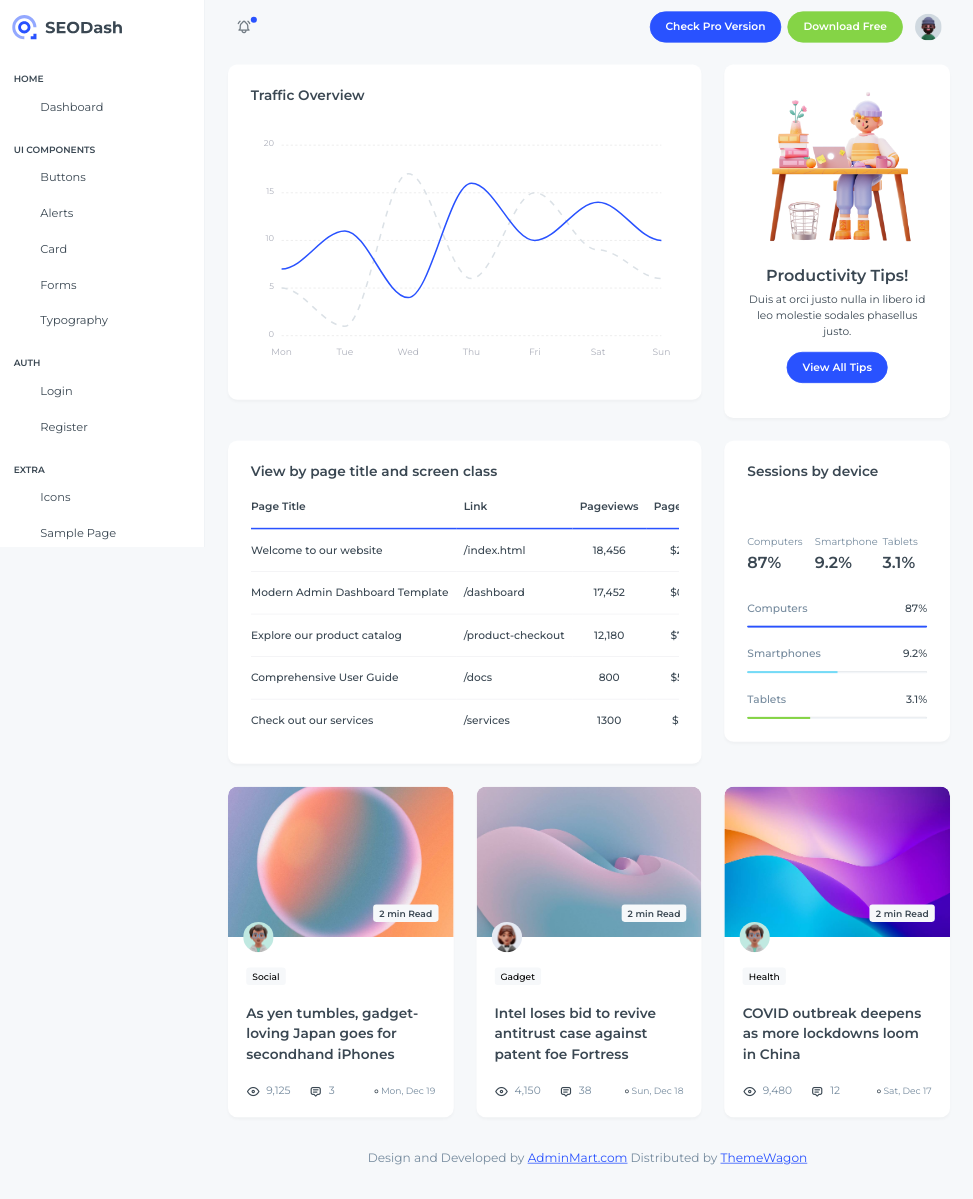
Repository: ThangkhuatIT/Nongsan
Page: resources/views/dashboard/dashboard.blade.php
The author's editor kept a copy of each file at every save. The page is drawn from the files as they stood at one save, then again after the next save.
The browser window is 1280 px wide. The pictures show the whole page, at 76% of full size.
Some icons come from a web library that is not loaded, so they are not drawn. The page is served by the project's Laravel application, run on PHP 8.4 with Laravel 9. The template is opened directly, without the code that normally fills it, so the values that code supplies are empty.

Above is the page before, as saved 2024-08-26 19:44:15.

After the next save:
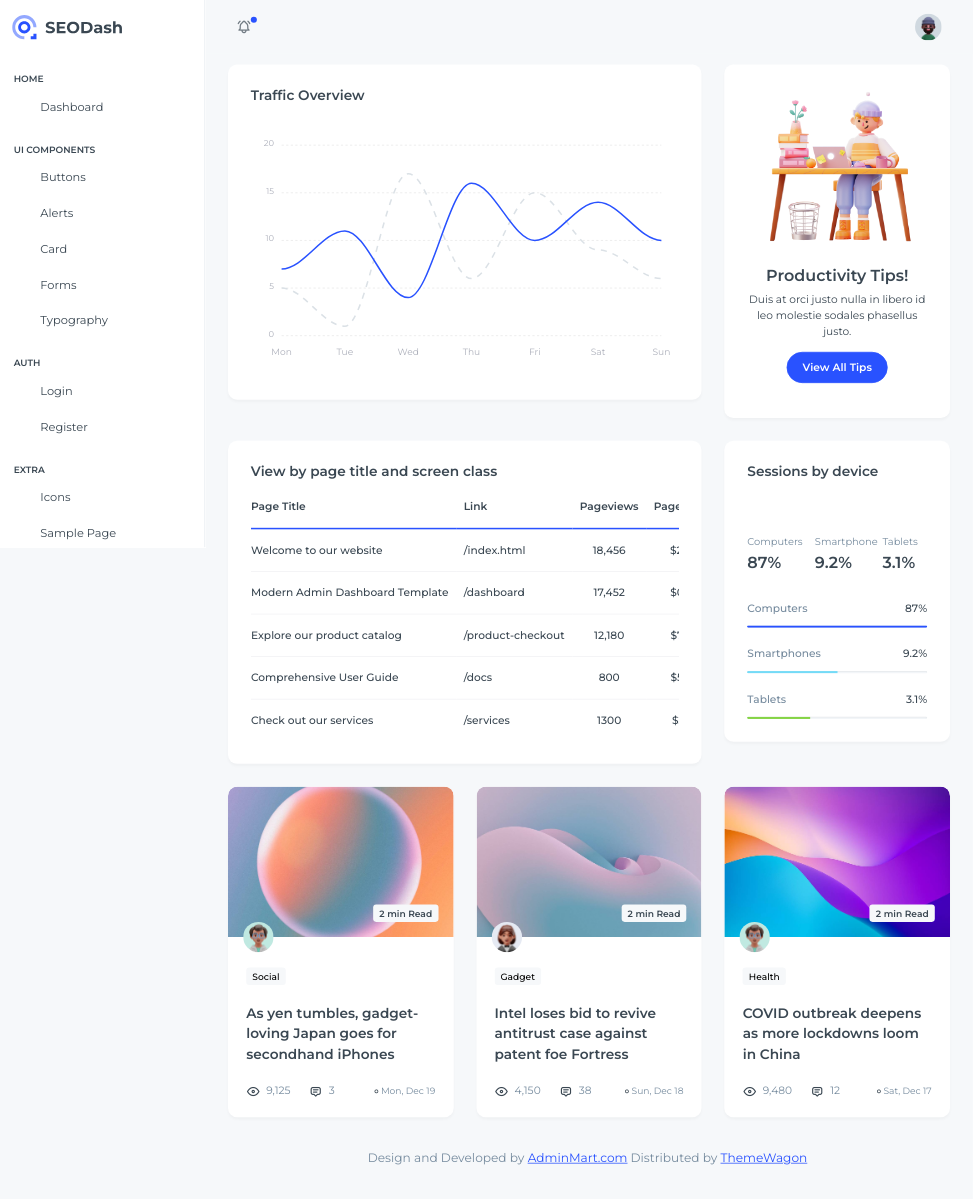
Saved 2 min 56 s later.
--- a/resources/views/dashboard/dashboard.blade.php
+++ b/resources/views/dashboard/dashboard.blade.php
@@ -166,10 +166,6 @@
           </ul>
           <div class="navbar-collapse justify-content-end px-0" id="navbarNav">
             <ul class="navbar-nav flex-row ms-auto align-items-center justify-content-end">
-              <a href="#" target="_blank"
-                class="btn btn-primary me-2"><span class="d-none d-md-block">Check Pro Version</span> <span class="d-block d-md-none">Pro</span></a>
-              <a href="#" target="_blank"
-                class="btn btn-success"><span class="d-none d-md-block">Download Free </span> <span class="d-block d-md-none">Free</span></a>
               <li class="nav-item dropdown">
                 <a class="nav-link nav-icon-hover" href="javascript:void(0)" id="drop2" data-bs-toggle="dropdown"
                   aria-expanded="false">
